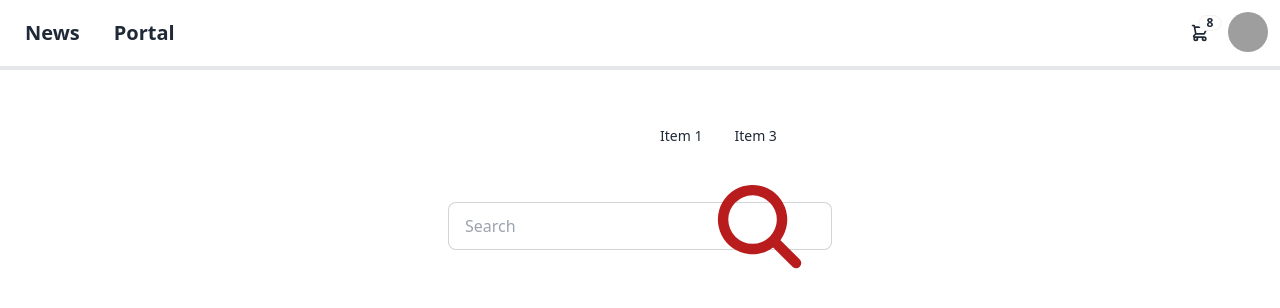
Repository: RudrasahaDibos/news-portal
Page: index.html
An editor plug-in stored every save of this project. The page is shown before and after the next save, followed by the edit.
The browser window is 1280 px wide. The pictures show the whole page.
Pictures or frames that could not be fetched are drawn as grey boxes. Some web libraries are served in a nearby version.

Above is the page before, as saved 2024-11-23 15:03:29.

After the next save:
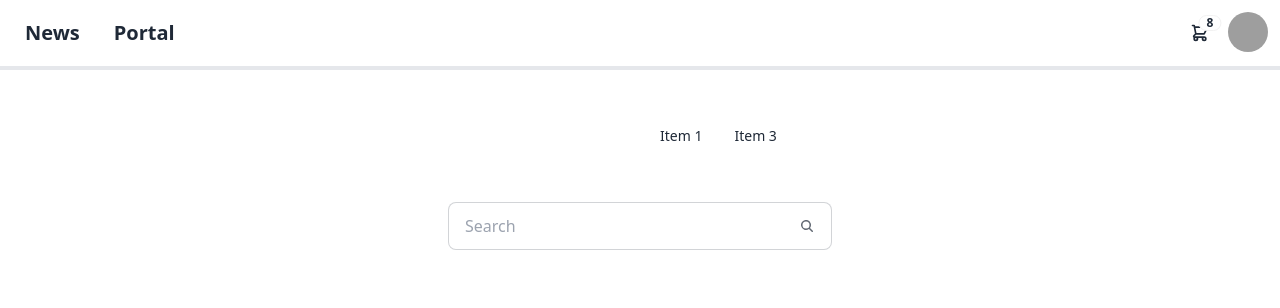
Saved 11 s later.
--- a/index.html
+++ b/index.html
@@ -125,7 +125,6 @@
             <label class="input input-bordered flex items-center gap-2 mt-8 w-96  mx-auto ">
                 <input type="text" class="grow" placeholder="Search" />
                 <svg
-                  class="text-red-700"
                   xmlns="http://www.w3.org/2000/svg"
                   viewBox="0 0 16 16"
                   fill="currentColor"
